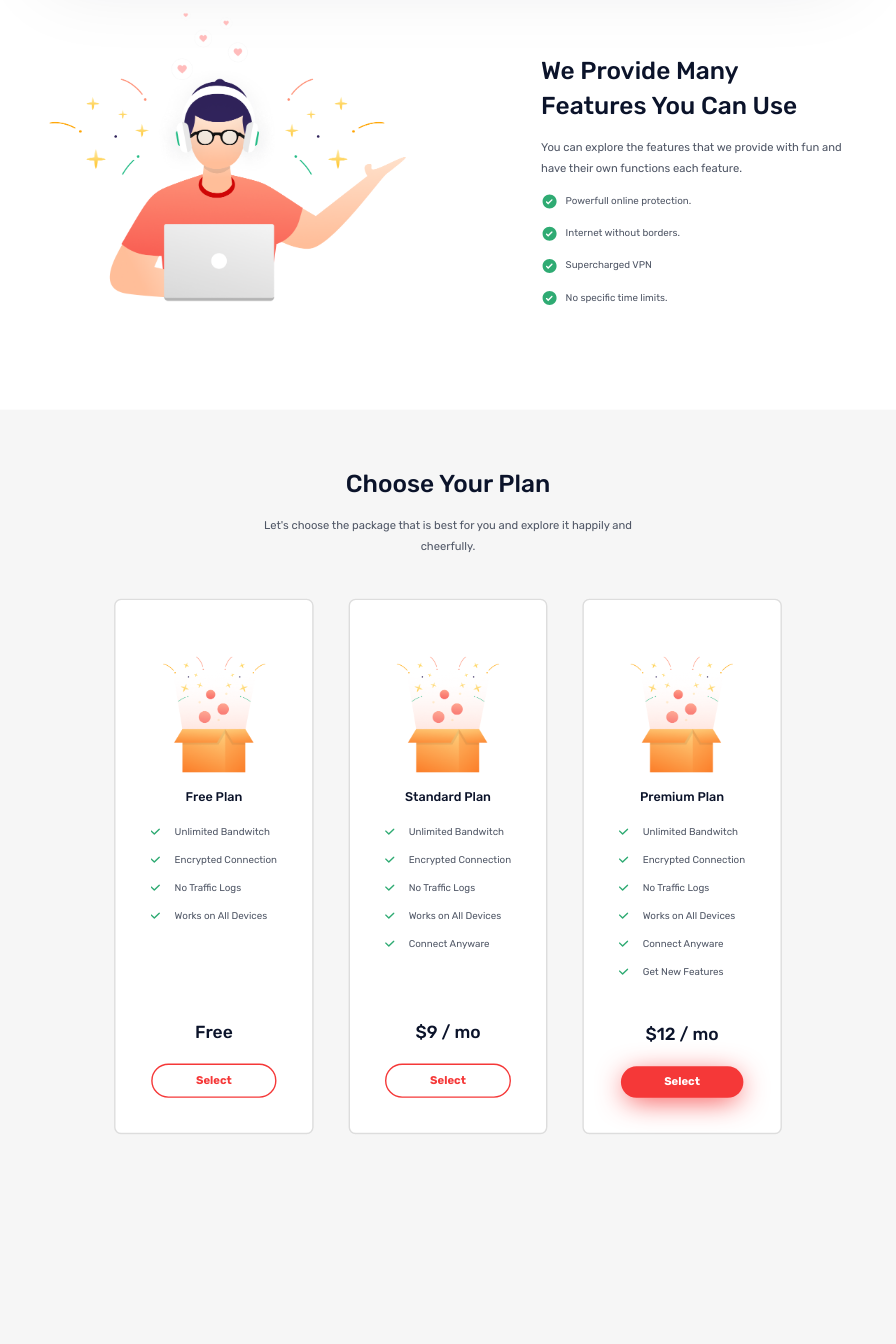
Repository: thefellowshiplotr/lasles_recode
Page: index.html
These files come from the project's save history. The page is drawn as it stood at one moment and after the next save; the edit follows.
The browser window is 1280 px wide. The pictures show the part of the page from y = 906 to 2826 px (the page is 2826 px tall), at 70% of full size.
The style sheet was rebuilt from its Sass, Less or Tailwind sources for each picture, by a compiler version that may differ from the author's.

Above is the page before, as saved 2022-10-28 16:41:55.

After the next save:
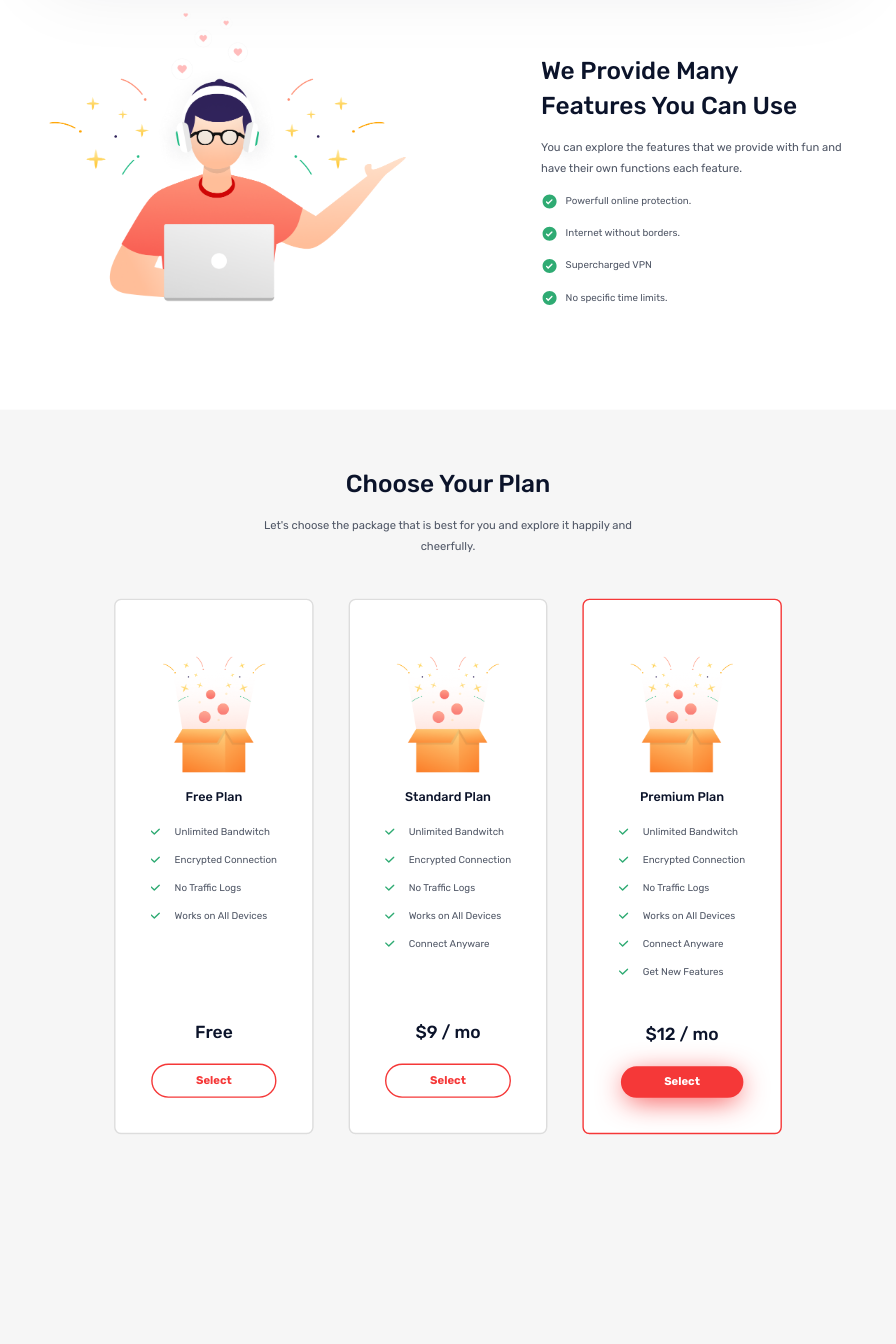
Saved 85 s later.
--- a/sass/_plan.scss
+++ b/sass/_plan.scss
@@ -39,6 +39,9 @@
     flex-direction: column;
     align-items: center;
   }
+  &-item:nth-child(3) {
+    border: 2px solid $primary-color;
+  }
   &-title {
     color: $heading-color;
     margin-top: 20px;
